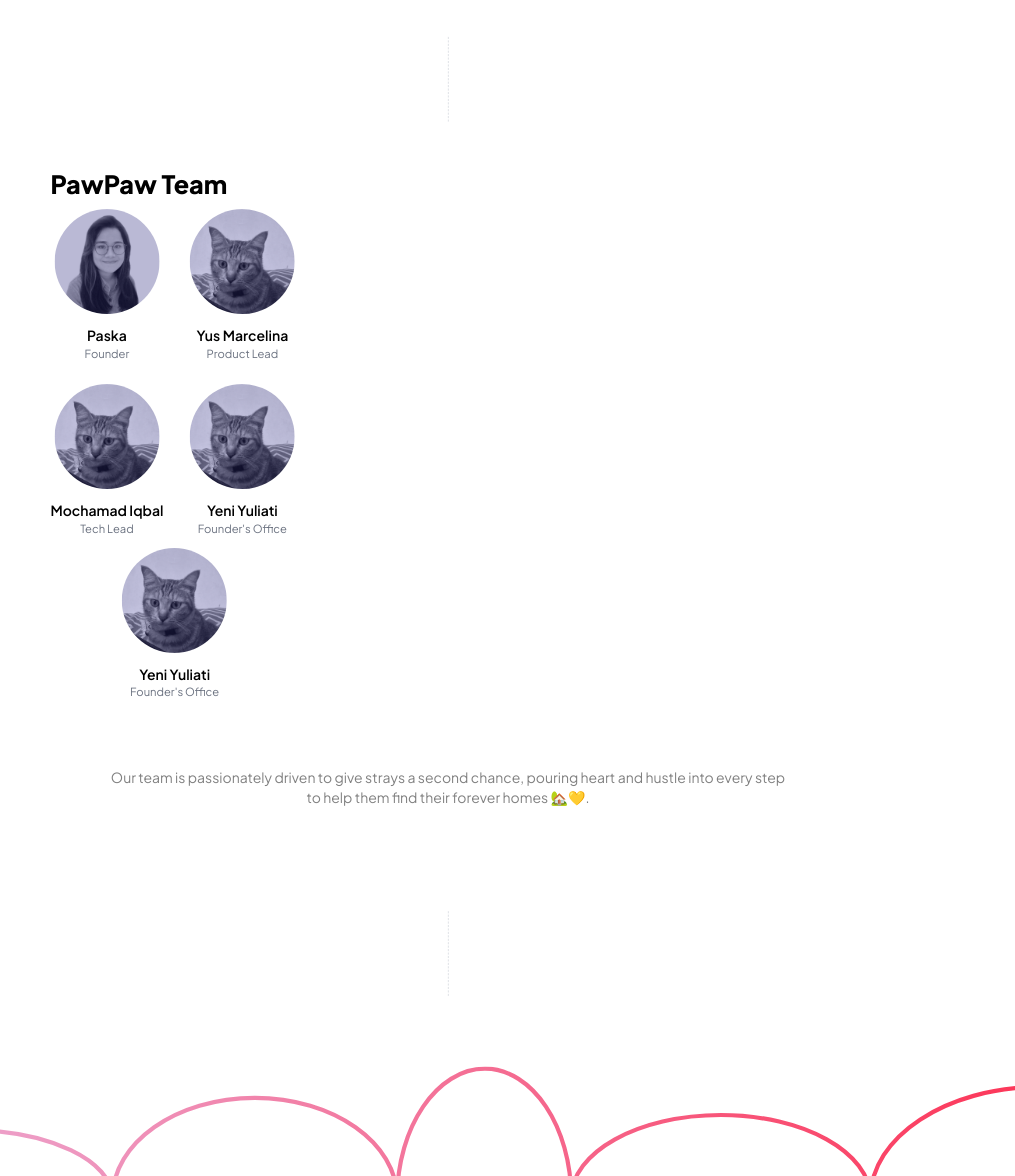
Repository: paskasiregar/pawpawwebsite
Page: /
An editor plug-in stored every save of this project. The page is shown before and after a run of saves, followed by the edit.
The browser window is 1280 px wide. The page is 1450 px wide, so the pictures cover 1450 px, including what lies to the right of the window. The pictures show the part of the page from y = 1524 to 3204 px (the page is 4442 px tall before and 4408 px after), at 70% of full size.
The project was rebuilt for these pictures with package versions that can differ from the ones it lists, and the page was loaded fresh each time. The framework's server and built-in components were replaced by stand-ins that run in the browser. Also part of the build but not shown: next.config.js, next.config.mjs.

Above is the page before, as saved 2024-09-06 11:26:16.

After the next 2 saves:
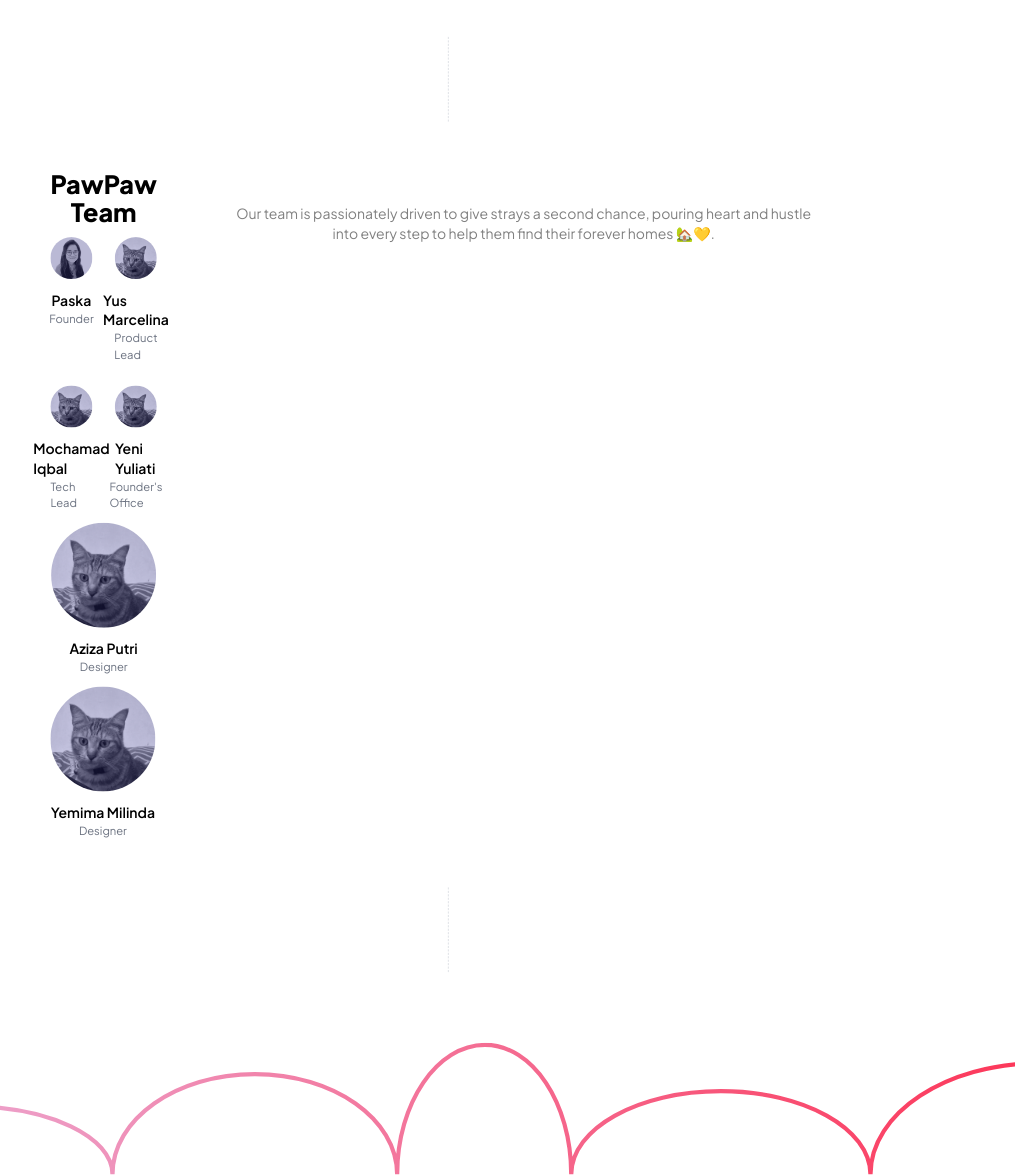
The 2 saves are shown as one change because 1 did not build or start.
The last was saved 57 s later.
--- a/src/app/page.js
+++ b/src/app/page.js
@@ -212,21 +212,34 @@ export default async function Home() {
                     width={150}
                     height={150}
                   />
-                  <div className="text-xl font-semibold mt-4">Yeni Yuliati</div>
-                  <div className="text-gray-500">Founder's Office</div>
-                </div>
-              </div>
-
-              <div className="self-stretch flex flex-col md:flex-row items-center md:items-start justify-start text-lg md:text-xl text-gray-500">
-                <div className="flex-1 flex flex-col items-center md:items-start justify-start">
-                  <div className="self-stretch">
-                    <p className="m-2"></p>
-                    <p className="m-20 text-center md:text-center">
-                      Our team is passionately driven to give strays a second
-                      chance, pouring heart and hustle into every step to help
-                      them find their forever homes 🏡💛.
-                    </p>
-                  </div>
+                  <div className="text-xl font-semibold mt-4">Aziza Putri</div>
+                  <div className="text-gray-500">Designer</div>
+                </div>
+              </div>
+
+              {/* Yemima */}
+              <div className="flex flex-col items-center">
+                <Image
+                  className="rounded-full"
+                  alt="PiuPiu"
+                  src={piupiu}
+                  width={150}
+                  height={150}
+                />
+                <div className="text-xl font-semibold mt-4">Yemima Milinda</div>
+                <div className="text-gray-500">Designer</div>
+              </div>
+            </div>
+
+            <div className="self-stretch flex flex-col md:flex-row items-center md:items-start justify-start text-lg md:text-xl text-gray-500">
+              <div className="flex-1 flex flex-col items-center md:items-start justify-start">
+                <div className="self-stretch">
+                  <p className="m-2"></p>
+                  <p className="m-20 text-center md:text-center">
+                    Our team is passionately driven to give strays a second
+                    chance, pouring heart and hustle into every step to help
+                    them find their forever homes 🏡💛.
+                  </p>
                 </div>
               </div>
             </div>
